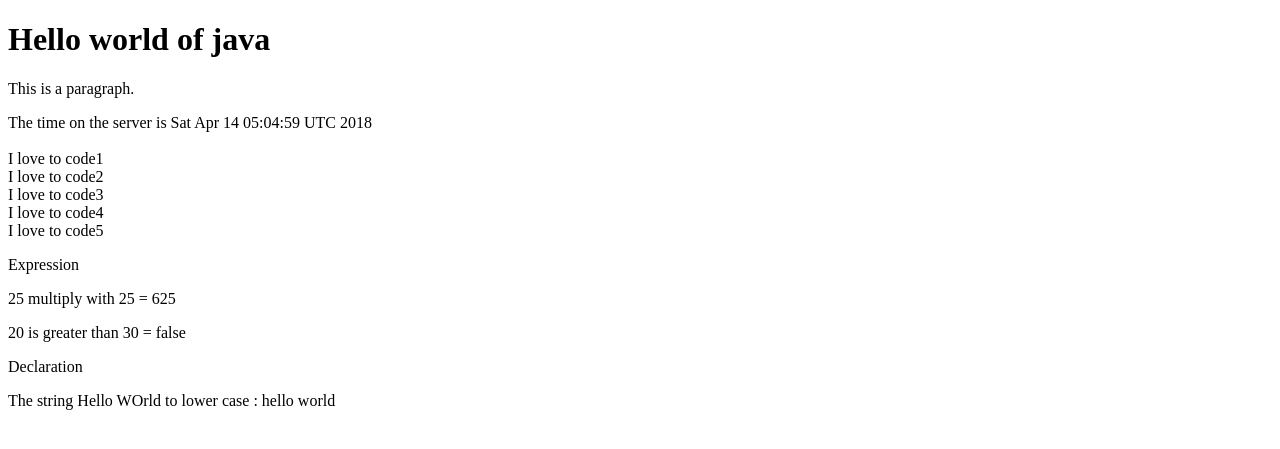
Repository: nishan1281/Java-training
Page: http://localhost/helloworld/helloworld.jsp
The author's editor kept a copy of each file at every save. The page is drawn from the files as they stood at one save, then again after the next save.
The browser window is 1280 px wide. The pictures show the whole page.
The page is served by Tomcat 9. Other server files are loaded and not shown.

Above is the page before, as saved 2018-04-14 05:37:42.

### springProject/helloworld/WebContent/helloworld.jsp
<!DOCTYPE html>
<html>
<head>
<title>Hello world</title>
</head>
<body>

<h1>Hello world of java</h1>
<p>This is a paragraph.</p>

The time on the server is <%= new java.util.Date() %>
<br/>

<%
  for (int i = 1; i<=5; i++)
    {
	out.print("<br/> I love to code" + i);
    }
%>

<div>
<p>Expression</p>
<p> 25 multiply with 25 = <%= 25*25 %> </p>
<p> 20 is greater than 30 =  <%=20>30 %> </p>
</div>

<div>
<p> Declaration </p>

<%! String makeItLower (String data)
    {
	  return data.toLowerCase();
	}
%>

<p>The string Hello WOrld to lower case : <%= makeItLower("Hello World" ) %> </p>


</div>











</body>
</html>

After the next save:
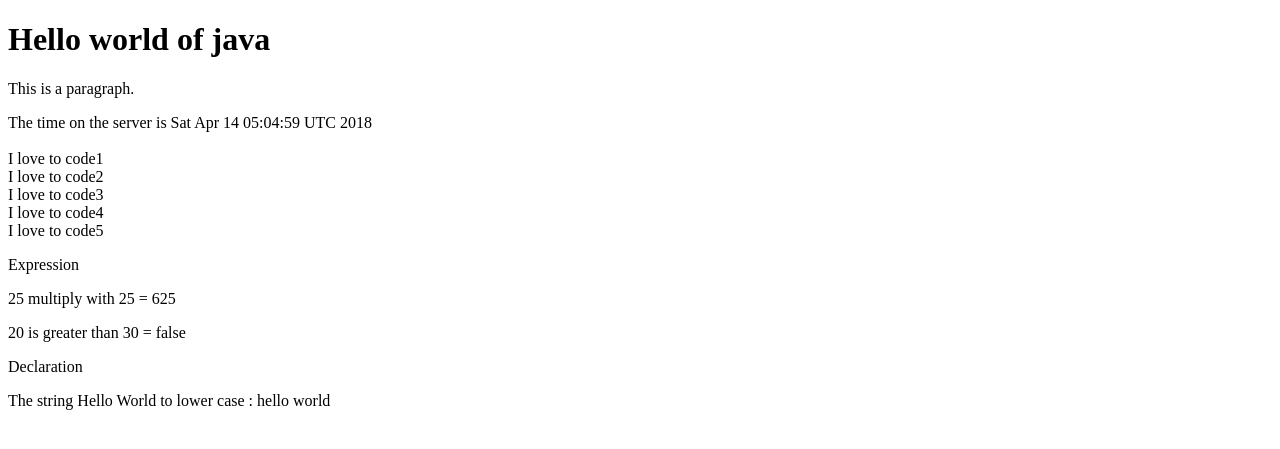
Saved 25 s later.
--- a/springProject/helloworld/WebContent/helloworld.jsp
+++ b/springProject/helloworld/WebContent/helloworld.jsp
@@ -33,7 +33,7 @@ The time on the server is <%= new java.util.Date() %>
 	}
 %>
 
-<p>The string Hello WOrld to lower case : <%= makeItLower("Hello World" ) %> </p>
+<p>The string Hello World to lower case : <%= makeItLower("Hello World" ) %> </p>
 
 
 </div>
